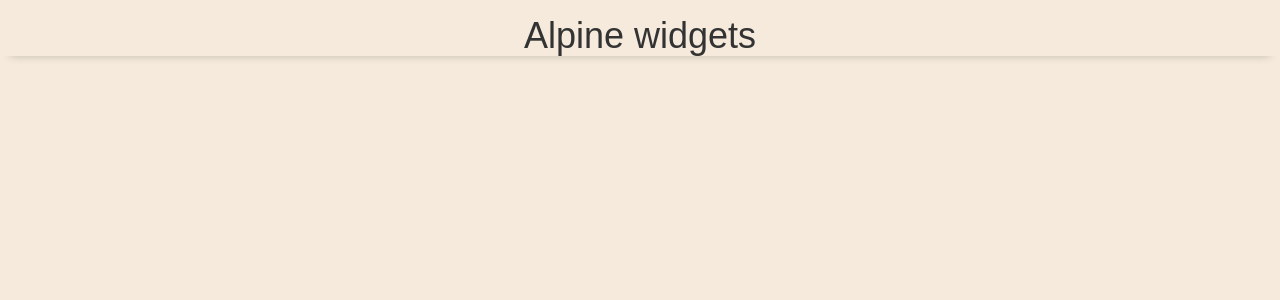
Repository: lasity34/alpine-bootcamp-widgets
Page: index.html
The author's editor kept a copy of each file at every save. The page is drawn from the files as they stood at one save, then again after the next save.
The browser window is 1280 px wide. The pictures show the whole page.
Some web fonts or font styles are not loaded; a fallback is used. Some web libraries are served in a nearby version.

Above is the page before, as saved 2023-07-12 10:58:18.

After the next save:
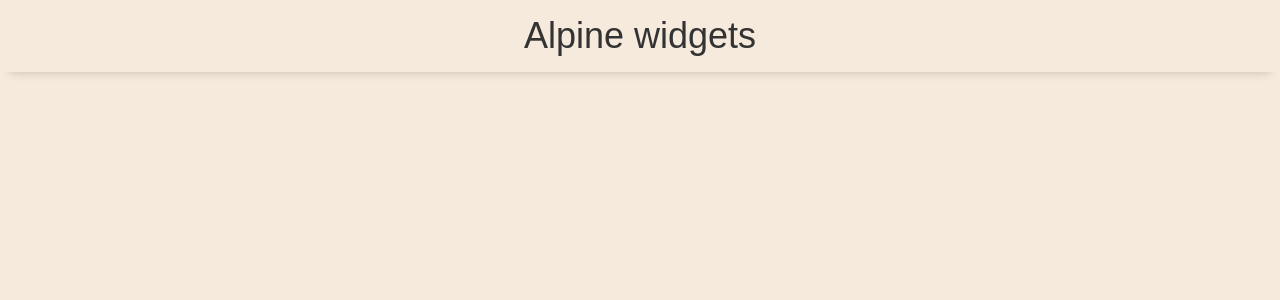
Saved 13 s later.
--- a/index.html
+++ b/index.html
@@ -15,7 +15,7 @@
     <link rel="stylesheet" href="./style.css">
 </head>
 <body >
-    <h1 class="text-4xl text-center mt-4 mb-4" >Alpine widgets</h1>
+    <h1 class="text-4xl text-center mt-4 pb-4" >Alpine widgets</h1>
     <section x-data="greet">
 
     </section>
